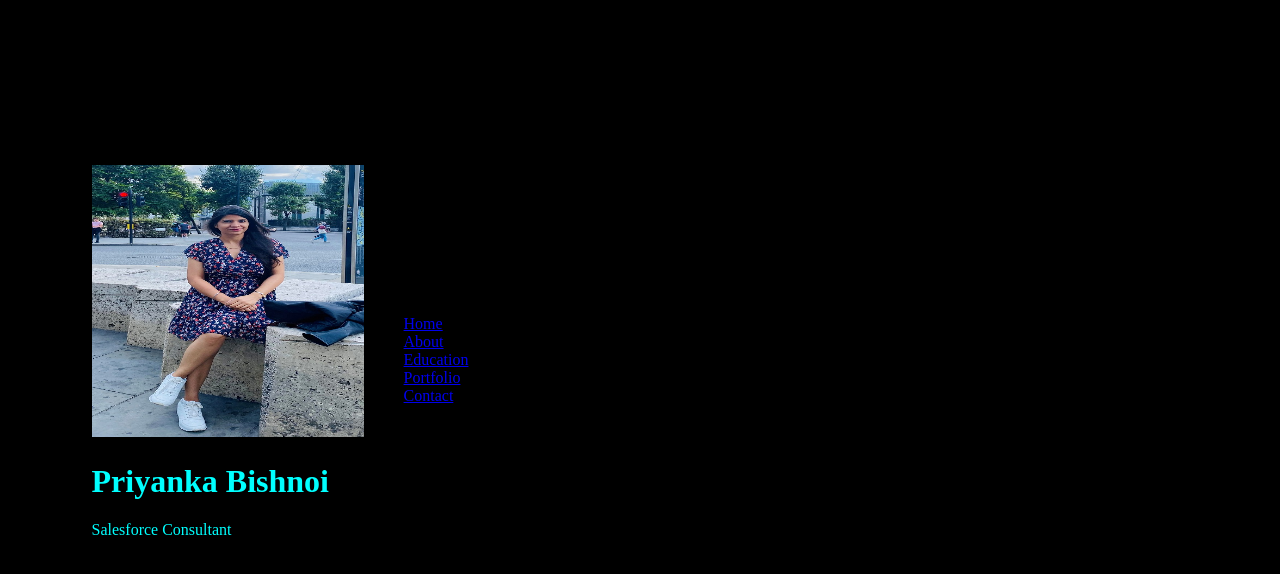
Repository: priyanka-bishnoi/PortfolioPage
Page: MyPage.html
The author's editor kept a copy of each file at every save. The page is drawn from the files as they stood at one save, then again after the next save.
The browser window is 1280 px wide. The pictures show the whole page.

Above is the page before, as saved 2022-10-07 00:21:51.

### MyPage.html
<!DOCTYPE html>
<html>
<head>
    <link rel="stylesheet" href="css/style.css">
<style>
body {
  background-color: black;
}
</style>
</head>
<body>
<header>
    <div class= "user">
        <img src="Background.jpg"/>
        <h1 class="name" style="color:aqua">Priyanka Bishnoi</h1>
        <p class="post" style="color:aqua">Salesforce Consultant</p>
    </div>

    <nav class="navBar">
        <ul>
            <li> <a href="#home">Home</a></li>
            <li> <a href="#about">About</a></li>
            <li> <a href="#education">Education</a></li>
            <li> <a href="#portfolio">Portfolio</a></li>
            <li> <a href="#contact">Contact</a></li>

        </ul>


    </nav>


</header>
</body>
</html>

### css/style.css
header {
    position:fixed;
    top:0; left:0;
    z-index:1000;
    height:100%;
    width:35rem;
    background:black;
    display:flex;
    align-items:center;
    justify-content: center;
}
body{
    background: #111;
}
header .user img{
    height:17rem;
    width:17rem;
}

After the next save:
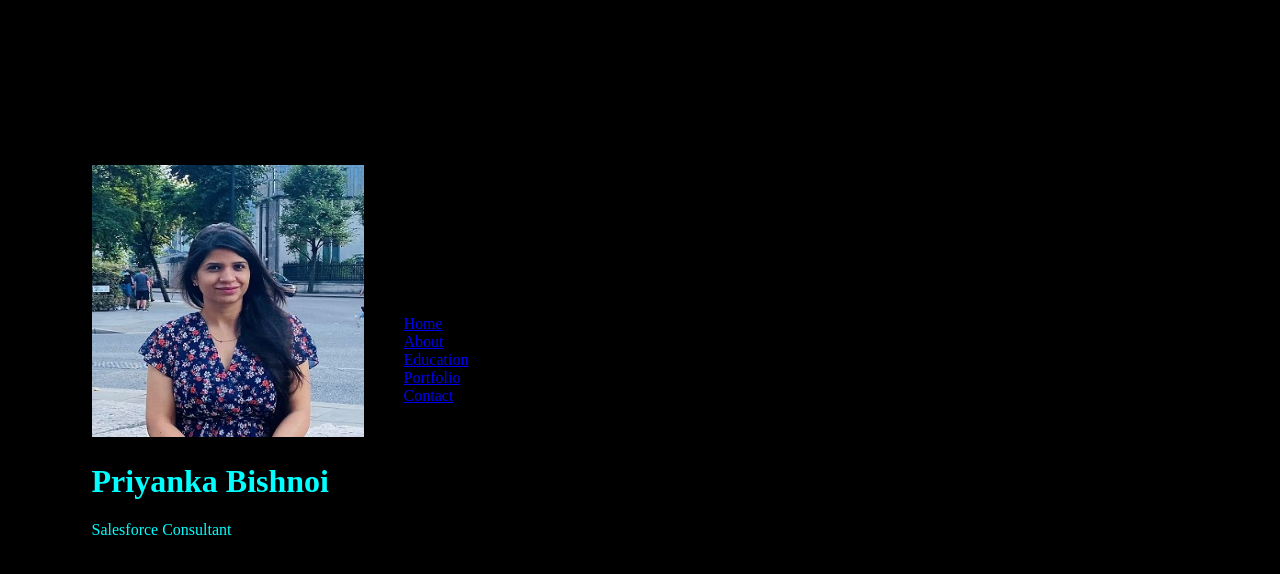
Saved 73 s later.
--- a/MyPage.html
+++ b/MyPage.html
@@ -11,7 +11,7 @@ body {
 <body>
 <header>
     <div class= "user">
-        <img src="Background.jpg"/>
+        <img src="Background1.jpg"/>
         <h1 class="name" style="color:aqua">Priyanka Bishnoi</h1>
         <p class="post" style="color:aqua">Salesforce Consultant</p>
     </div>
